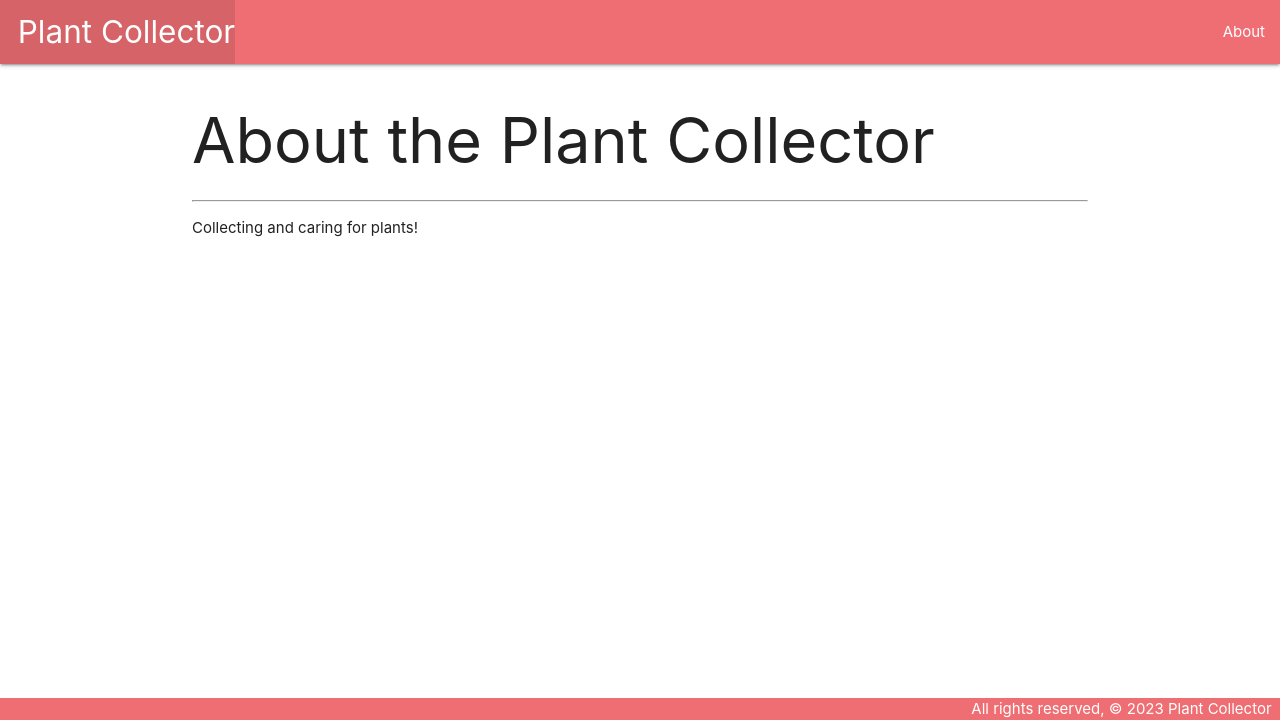
Repository: thecoachanna/plant-collector
Page: http://localhost/plants/
These files come from the project's save history. The page is drawn as it stood at one moment and after the next save; the edit follows.
The browser window is 1280 px wide. The pictures show the whole page.
The page is served by the project's application, run on Django 4.2 (manage.py). Other server files are loaded and not shown.

Above is the page before, as saved 2023-03-06 18:56:54.

### main_app/templates/plants/index.html
{% extends 'base.html' %}
{% block content %}
    <h1>About the Plant Collector</h1>
    <hr>
    <p>Collecting and caring for plants!</p>
{% endblock %}

### main_app/templates/base.html
{% load static %}
<!DOCTYPE html>
<html lang="en">
<head>
    <meta charset="UTF-8">
    <meta http-equiv="X-UA-Compatible" content="IE=edge">
    <meta name="viewport" content="width=device-width, initial-scale=1.0">
    <title>Plant Collector</title>
    <link rel="stylesheet" href="https://cdnjs.cloudflare.com/ajax/libs/materialize/1.0.0/css/materialize.min.css">
    <script src="https://cdnjs.cloudflare.com/ajax/libs/materialize/1.0.0/js/materialize.min.js"></script>
    <link rel="stylesheet" type="text/css" href="{% static 'css/style.css' %}">
</head>
<body>
    <header class="navbar-fixed">
        <nav>
            <div class="nav-wrapper">
                <ul>
                    <li><a href="/" class="left brand-logo">&nbsp;&nbsp;Plant Collector</a></li>
                </ul>
                <ul class="right">
                    <li><a href="{% url 'about' %}">About</a></li>
                    {% comment %} <li><a href="{% url 'plants_create' %}">Add a Plant</a></li>
                    <li><a href="{% url 'index' %}">View All My Plants</a></li> {% endcomment %}
                </ul>
            </div>
        </nav>
    </header>
    <main class="container">
        {% block content %}
        {% endblock %}
    </main>
    <footer class="page-footer">
        <div class="right">All rights reserved, &copy; 2023 Plant Collector &nbsp;</div>
    </footer>
</body>
</html>

### main_app/views.py
from django.shortcuts import render

# temporary plants for building templates
plants = [
    {'name': 'Monstera', 'type': 'tropical'},
    {'name': 'Cactus', 'type': 'desert'}
]

# Create your views here.
# View functions match URLs to code like Controllers in Express
# define home view function
def home(request):
    return render(request, 'home.html')

# define about view function
def about(request):
    return render(request, 'about.html')

# index route for plants
def plants_index(request):
    return render(request, 'plants/index.html', {'plants': plants})

### plantcollector/urls.py
"""plantcollector URL Configuration

The `urlpatterns` list routes URLs to views. For more information please see:
    https://docs.djangoproject.com/en/4.1/topics/http/urls/
Examples:
Function views
    1. Add an import:  from my_app import views
    2. Add a URL to urlpatterns:  path('', views.home, name='home')
Class-based views
    1. Add an import:  from other_app.views import Home
    2. Add a URL to urlpatterns:  path('', Home.as_view(), name='home')
Including another URLconf
    1. Import the include() function: from django.urls import include, path
    2. Add a URL to urlpatterns:  path('blog/', include('blog.urls'))
"""
from django.contrib import admin
from django.urls import path, include

urlpatterns = [
    path('admin/', admin.site.urls),
    # '' represents the "starts with" path
    path('', include('main_app.urls')),
]

### main_app/urls.py
from django.urls import path
from . import views

urlpatterns = [
    # using an empty string makes this the root route
    # views.home refers to a view that renders a file
    # the name='home' kwarg gives the route a name
    # naming routes is optional but best practice
    path('', views.home, name='home'),
    path('about/', views.about, name='about'),
    # path for plants
    path('plants/', views.plants_index, name='index'),
]

Loaded but not shown: main_app/static/css/style.css (common file)

After the next save:
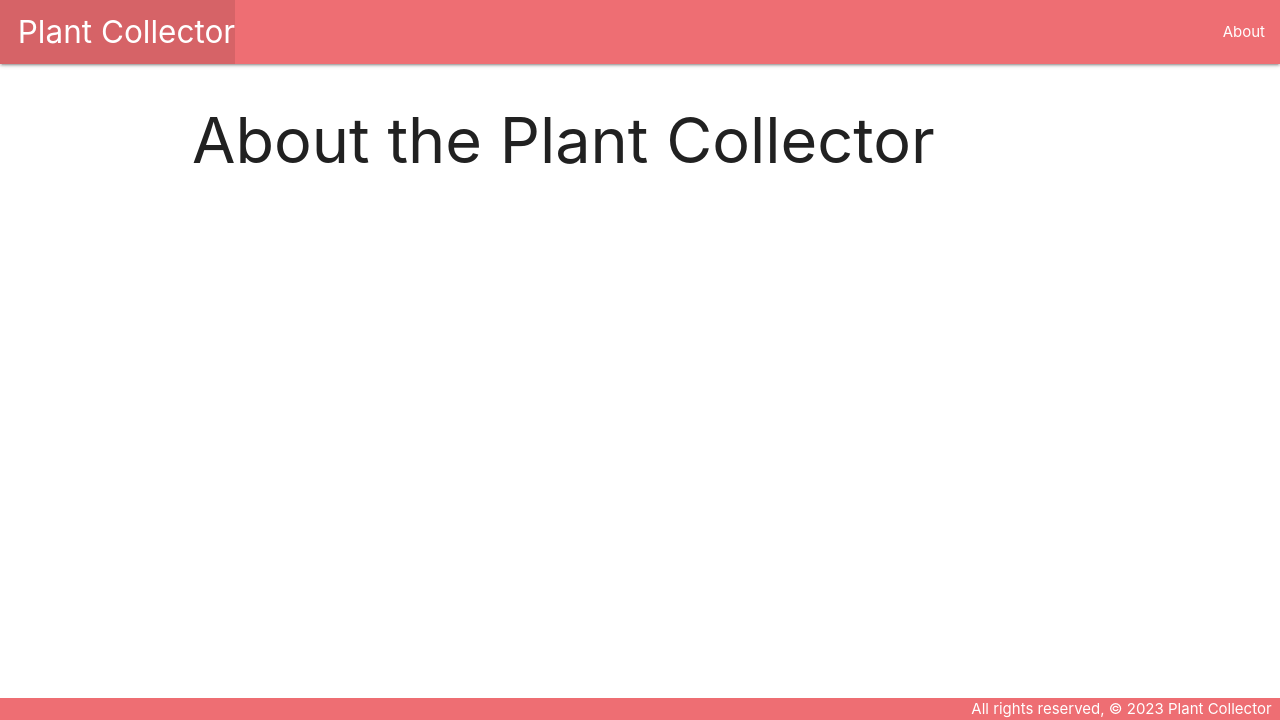
Saved 4 s later.
--- a/main_app/templates/plants/index.html
+++ b/main_app/templates/plants/index.html
@@ -1,6 +1,5 @@
 {% extends 'base.html' %}
 {% block content %}
     <h1>About the Plant Collector</h1>
-    <hr>
-    <p>Collecting and caring for plants!</p>
+
 {% endblock %}
